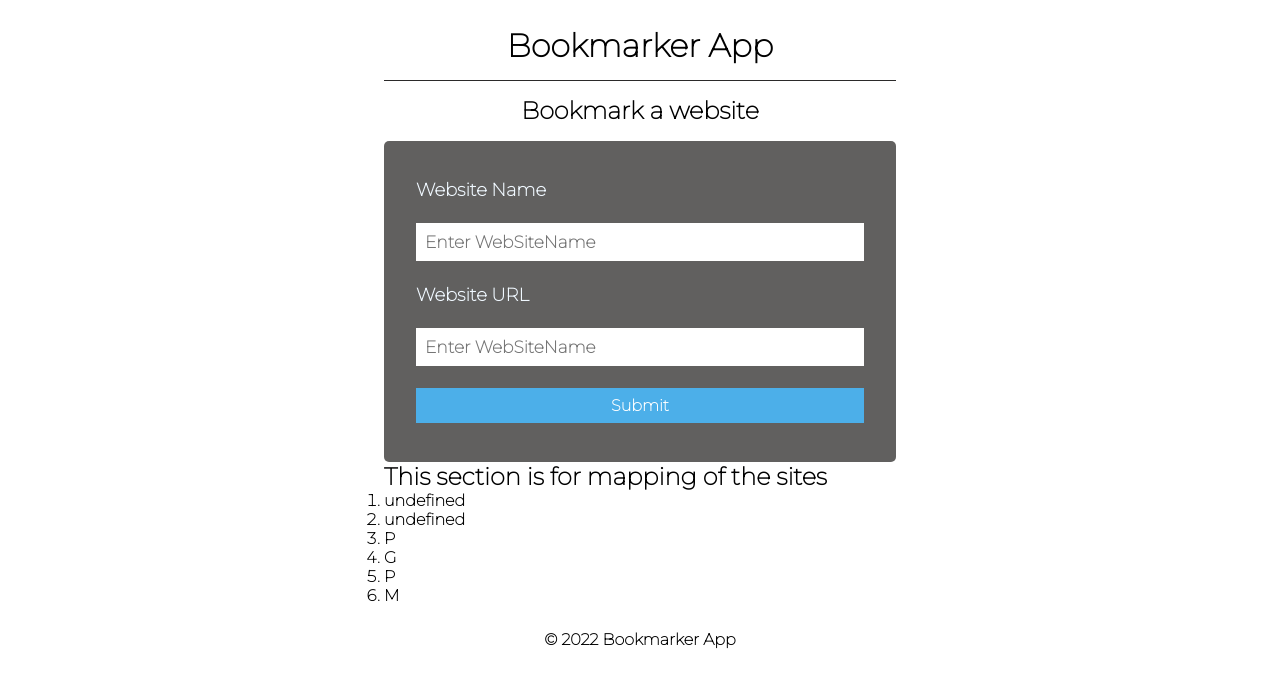
Repository: Suporl9/BookMarkerApp
Page: index.html
The author's editor kept a copy of each file at every save. The page is drawn from the files as they stood at one save, then again after the next save.
The browser window is 1280 px wide. The pictures show the whole page.

Above is the page before, as saved 2021-11-23 19:41:35.

After the next save:
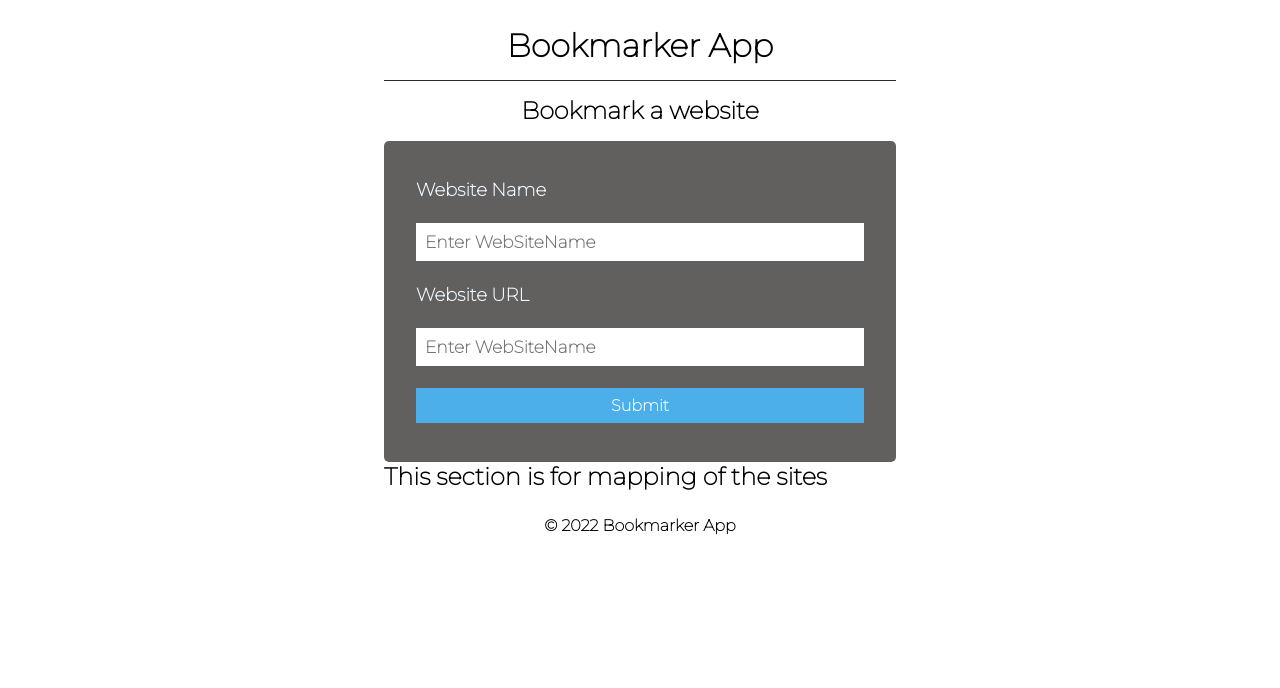
Saved 18 s later.
--- a/main.js
+++ b/main.js
@@ -62,19 +62,3 @@ console.log("hello", JSON.parse(hello));
 // console.log("...arrayfordata", ...arrayForData);
 
 // let ulclass = document.querySelector(".ulclass");
-var fruits = [
-  { apple: "apple" },
-  { oranges: "Oranges" },
-  "Pears",
-  "Grapes",
-  "Pineapples",
-  "Mangos",
-];
-var listOfFruits = [];
-var list = document.getElementById("list");
-
-fruits.forEach(function (element) {
-  listOfFruits.push("<li>" + element[0] + "</li>");
-});
-
-list.innerHTML = listOfFruits.join("");
